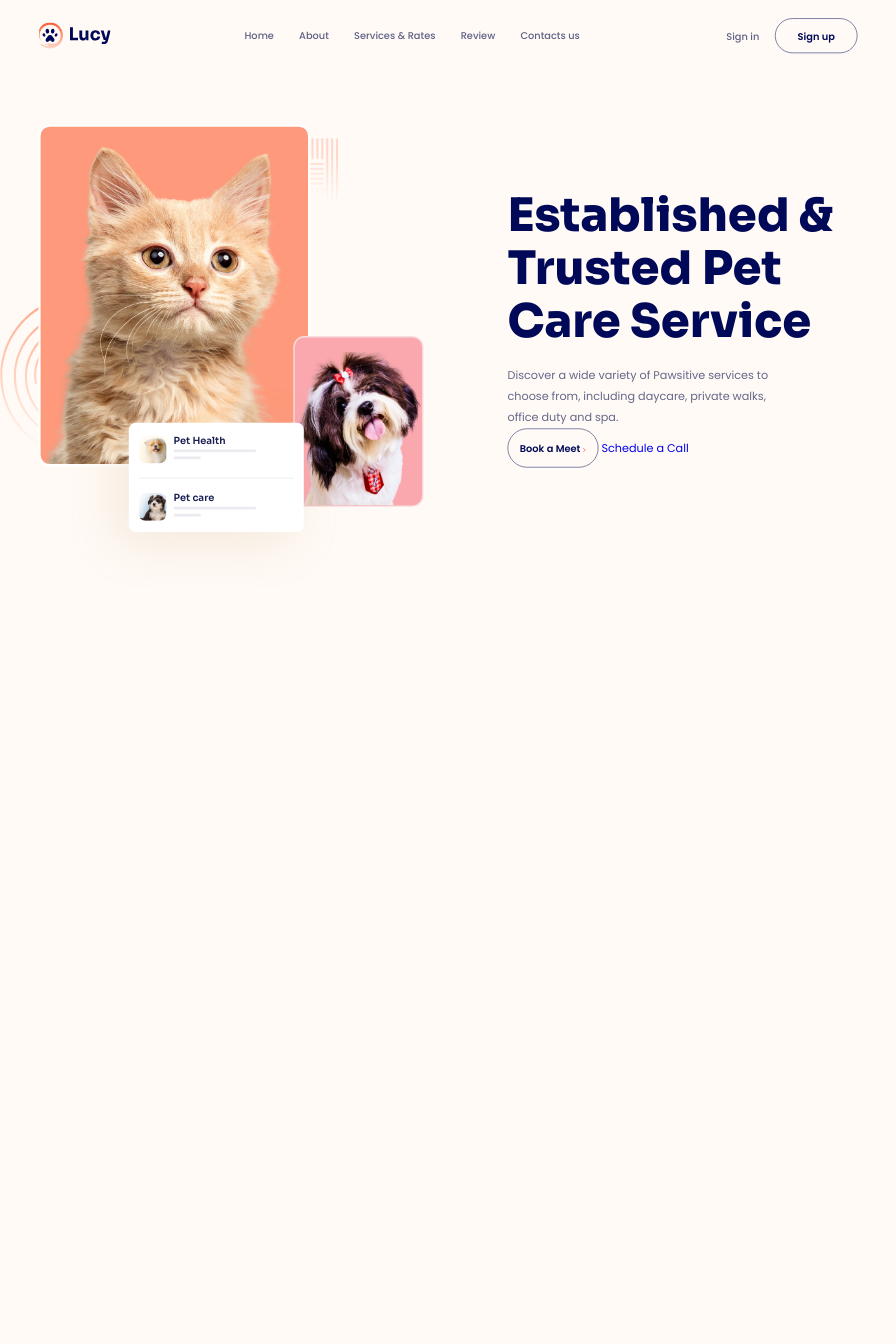
Repository: anhtien111198/f8-htmlcss-04
Page: index.html
These files come from the project's save history. The page is drawn as it stood at one moment and after the next save; the edit follows.
The browser window is 1280 px wide. The pictures show the part of the page from y = 0 to 1920 px (the page is 5000 px tall), at 70% of full size.

Above is the page before, as saved 2023-05-17 12:06:01.

### index.html
<!DOCTYPE html>
<html lang="en">
    <head>
        <meta charset="UTF-8" />
        <meta http-equiv="X-UA-Compatible" content="IE=edge" />
        <meta name="viewport" content="width=device-width, initial-scale=1.0" />
        <title>Lucy - Established &amp Trusted Pet Care Service</title>
        <!-- favicon -->
        <link
            rel="apple-touch-icon"
            sizes="57x57"
            href="./assets/favicon/apple-icon-57x57.png"
        />
        <link
            rel="apple-touch-icon"
            sizes="60x60"
            href="./assets/favicon/apple-icon-60x60.png"
        />
        <link
            rel="apple-touch-icon"
            sizes="72x72"
            href="./assets/favicon/apple-icon-72x72.png"
        />
        <link
            rel="apple-touch-icon"
            sizes="76x76"
            href="./assets/favicon/apple-icon-76x76.png"
        />
        <link
            rel="apple-touch-icon"
            sizes="114x114"
            href="./assets/favicon/apple-icon-114x114.png"
        />
        <link
            rel="apple-touch-icon"
            sizes="120x120"
            href="./assets/favicon/apple-icon-120x120.png"
        />
        <link
            rel="apple-touch-icon"
            sizes="144x144"
            href="./assets/favicon/apple-icon-144x144.png"
        />
        <link
            rel="apple-touch-icon"
            sizes="152x152"
            href="./assets/favicon/apple-icon-152x152.png"
        />
        <link
            rel="apple-touch-icon"
            sizes="180x180"
            href="./assets/favicon/apple-icon-180x180.png"
        />
        <link
            rel="icon"
            type="image/png"
            sizes="192x192"
            href="./assets/favicon/android-icon-192x192.png"
        />
        <link
            rel="icon"
            type="image/png"
            sizes="32x32"
            href="./assets/favicon/favicon-32x32.png"
        />
        <link
            rel="icon"
            type="image/png"
            sizes="96x96"
            href="./assets/favicon/favicon-96x96.png"
        />
        <link
            rel="icon"
            type="image/png"
            sizes="16x16"
            href="./assets/favicon/favicon-16x16.png"
        />
        <link rel="manifest" href="./assets/favicon/manifest.json" />
        <meta name="msapplication-TileColor" content="#ffffff" />
        <meta
            name="msapplication-TileImage"
            content="./assets/favicon/ms-icon-144x144.png"
        />
        <meta name="theme-color" content="#ffffff" />
        <!-- reset css-->
        <link rel="stylesheet" href="./assets/css/reset.css" />
        <!-- Embed font family-->
        <link rel="preconnect" href="https://fonts.googleapis.com" />
        <link rel="preconnect" href="https://fonts.gstatic.com" crossorigin />
        <link
            href="https://fonts.googleapis.com/css2?family=Poppins:wght@300;400;500;600&family=Sora:wght@400;500;600;700;800&display=swap"
            rel="stylesheet"
        />
        <!-- style css -->
        <link rel="stylesheet" href="./assets/css/style.css" />
    </head>
    <body style="height: 5000px">
        <!-- header -->
        <header class="header">
            <div class="container">
                <div class="header__inner">
                    <!-- logo -->
                    <img src="./assets/images/logo.svg" alt="" class="logo" />
                    <!-- navbar -->
                    <nav class="navbar">
                        <ul class="navbar__list">
                            <li class="navbar__item">
                                <a href="#!" class="navbar__link">Home</a>
                            </li>
                            <li class="navbar__item">
                                <a href="#!" class="navbar__link">About</a>
                            </li>
                            <li class="navbar__item">
                                <a href="#!" class="navbar__link">
                                    Services &amp Rates
                                </a>
                            </li>
                            <li class="navbar__item">
                                <a href="#!" class="navbar__link">Review</a>
                            </li>
                            <li class="navbar__item">
                                <a href="#!" class="navbar__link">
                                    Contacts us
                                </a>
                            </li>
                        </ul>
                    </nav>
                    <!-- header action -->
                    <div class="header-action">
                        <a href="#!" class="header-action__link">Sign in</a>
                        <a href="#!" class="header-action__btn btn">Sign up</a>
                    </div>
                </div>
            </div>
        </header>
        <!-- hero -->
        <section class="hero">
            <div class="container">
                <div class="hero__inner">
                    <!-- hero media -->
                    <div class="hero__media">
                        <div class="hero__img-wrap">
                            <img
                                src="./assets/images/pet-01.png"
                                alt=""
                                class="hero__img"
                            />
                            <!-- decorators -->
                            <img
                                src="./assets/images/decor-01.svg"
                                alt=""
                                class="hero__decor hero__decor-left"
                            />
                            <img
                                src="./assets/images/decor-02.svg"
                                alt=""
                                class="hero__decor hero__decor-right"
                            />
                        </div>
                        <div class="hero__img-wrap hero__img-wrap-small">
                            <img
                                src="./assets/images/pet-02.png"
                                alt=""
                                class="hero__img hero__img-small"
                            />
                        </div>
                        <div class="hero__list">
                            <section class="hero-list-item">
                                <img
                                    src="./assets/images/pet-03.png"
                                    alt=""
                                    class="hero-list-item__thumb"
                                />
                                <div class="hero-list-item__info">
                                    <p class="hero-list-item__title">
                                        Pet Health
                                    </p>
                                    <div class="hero-list-item__skeleton"></div>
                                    <div class="hero-list-item__skeleton"></div>
                                </div>
                            </section>
                            <div class="hero-list-item__separate"></div>
                            <section class="hero-list-item">
                                <img
                                    src="./assets/images/pet-04.png"
                                    alt=""
                                    class="hero-list-item__thumb"
                                />
                                <div class="hero-list-item__info">
                                    <p class="hero-list-item__title">
                                        Pet care
                                    </p>
                                    <div class="hero-list-item__skeleton"></div>
                                    <div class="hero-list-item__skeleton"></div>
                                </div>
                            </section>
                        </div>
                    </div>
                    <!-- hero content -->
                    <section class="hero__content">
                        <h1 class="hero__heading">
                            Established &amp Trusted Pet Care Service
                        </h1>
                        <p class="hero__desc">
                            Discover a wide variety of Pawsitive services to
                            choose from, including daycare, private walks,
                            office duty and spa.
                        </p>
                        <div class="hero__row">
                            <a href="#!" class="btn">
                                Book a Meet
                                <span class="btn__icon">
                                    <svg
                                        width="5"
                                        height="6"
                                        viewBox="0 0 5 6"
                                        fill="none"
                                        xmlns="http://www.w3.org/2000/svg"
                                    >
                                        <path
                                            d="M1.48584 0.5L3.98584 3L1.48584 5.5"
                                            stroke="#FD5056"
                                            stroke-linecap="round"
                                            stroke-linejoin="round"
                                        />
                                    </svg>
                                </span>
                            </a>
                            <a href="#!" class="hero__cta-link">
                                Schedule a Call
                            </a>
                        </div>
                    </section>
                </div>
            </div>
        </section>
    </body>
</html>

### assets/css/style.css
* {
    box-sizing: border-box;
}
html {
    font-size: 62.5%;
}
body {
    font-size: 1.6rem;
    font-family: "Poppins", sans-serif;
    background: #fffaf5;
}
/* ======================Common=================== */
a {
    text-decoration: none;
}
h1,
h2,
h3,
h4,
h5,
h6 {
    font-family: "Sora", sans-serif;
}
input,
textarea,
button,
select {
    font-size: inherit;
    font-family: inherit;
}
.container {
    width: 1170px;
    max-width: calc(100% - 48px);
    margin: 0 auto;
}
.btn {
    --height: 56px;
    display: inline-block;
    min-width: 130px;
    height: var(--height);
    line-height: var(--height);
    border: 1px solid rgba(0, 9, 88, 0.7);
    border-radius: 99px;
    font-weight: 600;
    font-size: 1.4rem;
    text-align: center;
    color: #000958;
}
.btn:hover {
    opacity: 0.9;
}
/* ===========header============== */
.header {
    position: sticky;
    top: -26px;
    z-index: 1;
    padding: 26px 0;
}
.header__inner {
    display: flex;
    align-items: center;
    justify-content: space-between;
}
.navbar__list {
    display: flex;
}
.navbar__link,
.header-action__link {
    padding: 8px 18px;
    font-weight: 500;
    font-size: 1.4rem;
    line-height: 1;
    color: #5e6085;
}
.navbar__link:hover {
    color: #000958;
    text-shadow: 1px 0 0 currentColor;
}
.header-action__btn {
    --height: 50px;
    min-width: 118px;
}
/* =======Hero======= */
.hero {
    margin-top: 76px;
}
.hero__inner {
    display: flex;
    align-items: center;
    justify-content: space-between;
    column-gap: 120px;
}
.hero__media {
    display: flex;
    position: relative;
    padding-bottom: 94px;
}
.hero__img-wrap {
    position: relative;
    display: flex;
    align-items: flex-end;
    justify-content: center;
    width: 388px;
    height: 488px;
    background: #fe997b;
    border-radius: 16px;
    border: 3px solid #fff;
}
.hero__img {
    max-width: 100%;
    max-height: 100%;
    border-radius: inherit;
}
.hero__decor {
    position: absolute;
    z-index: -1;
}
.hero__decor-left {
    left: -58px;
    bottom: 10px;
}
.hero__decor-right {
    top: 16px;
    right: -43px;
}
.hero__img-wrap-small {
    align-self: flex-end;
    width: 186px;
    height: 244px;
    margin: 0 0 -58px -24px;
    border: 2px solid #f7dddf;
    background: #faa7ad;
}
.hero__list {
    position: absolute;
    left: 129px;
    bottom: 0;
    width: 250px;
    height: 156px;
    padding: 18px 14px;
    background: #fff;
    box-shadow: -17px 14px 68px -4px rgba(207, 174, 132, 0.25);
    border-radius: 10px;
}
.hero-list-item {
    display: flex;
}
.hero-list-item__thumb {
    width: 40px;
    height: 40px;
    border-radius: 10px;
    object-fit: cover;
}
.hero-list-item__info {
    margin-left: 10px;
}
.hero-list-item__title {
    font-family: "Sora", sans-serif;
    font-weight: 600;
    font-size: 1.4rem;
    line-height: 1;
    color: #181e52;
}
.hero-list-item__skeleton {
    margin-top: 6px;
    width: 118px;
    height: 4px;
    background: #000958;
    opacity: 0.08;
    border-radius: 10px;
}
.hero-list-item__skeleton:last-child {
    width: 39px;
}
.hero-list-item__separate {
    width: 100%;
    height: 2px;
    margin: 20px 0;
    border-radius: 99px;
    background: #f2f2f2;
}
.hero-list-item:nth-child(2) .hero-list-item__thumb {
    background: #c6e2fa;
}
.hero__heading {
    font-weight: 800;
    font-size: 6.6rem;
    line-height: 1.15;
    color: #000958;
}
.hero__desc {
    margin-top: 24px;
    max-width: 391px;
    font-weight: 400;
    font-size: 1.6rem;
    line-height: 1.88;
    color: #656689;
}

Loaded but not shown: assets/css/reset.css (common file)

After the next save:
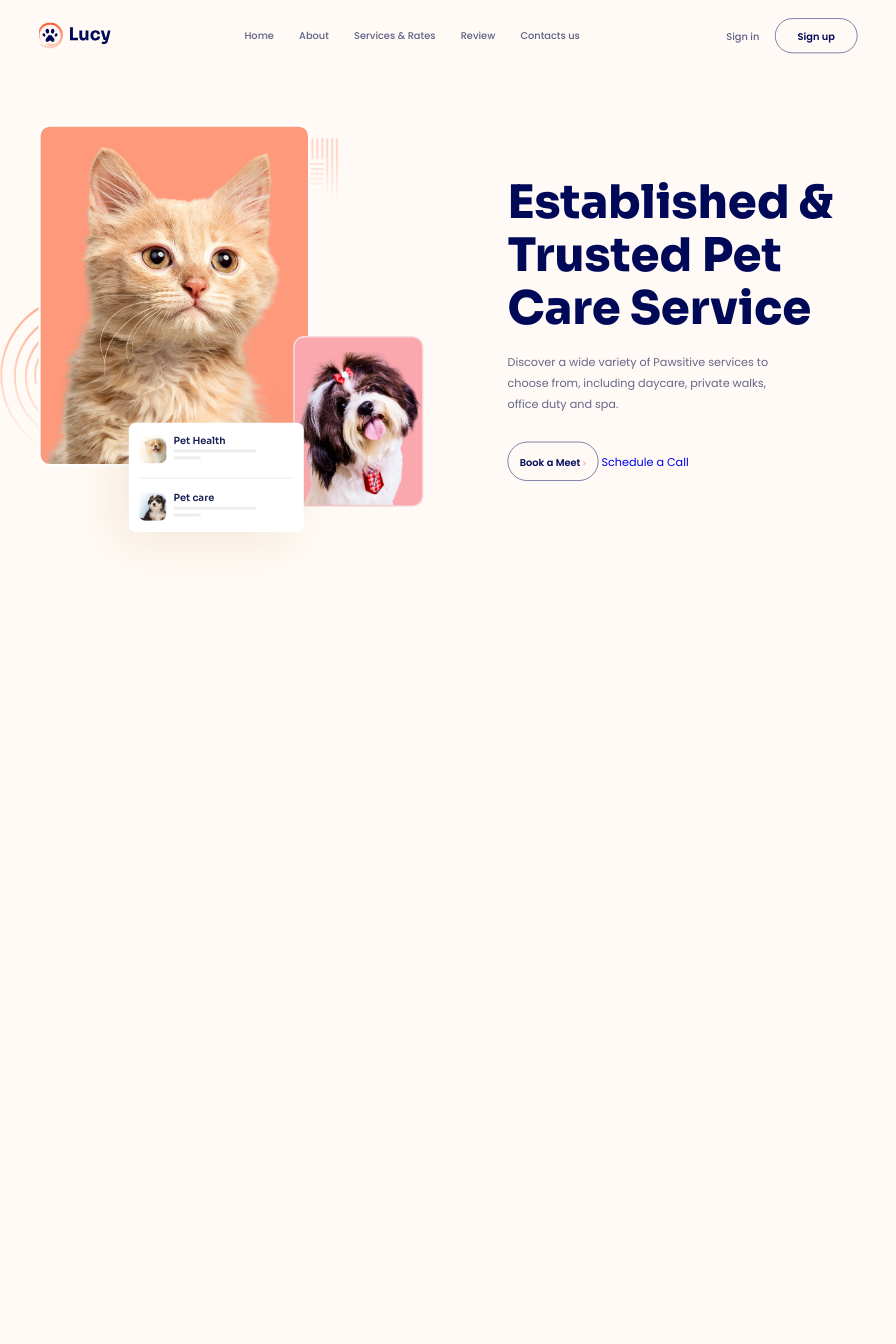
Saved 49 s later.
--- a/assets/css/style.css
+++ b/assets/css/style.css
@@ -196,3 +196,6 @@ select {
     line-height: 1.88;
     color: #656689;
 }
+.hero__row {
+    margin-top: 38px;
+}
